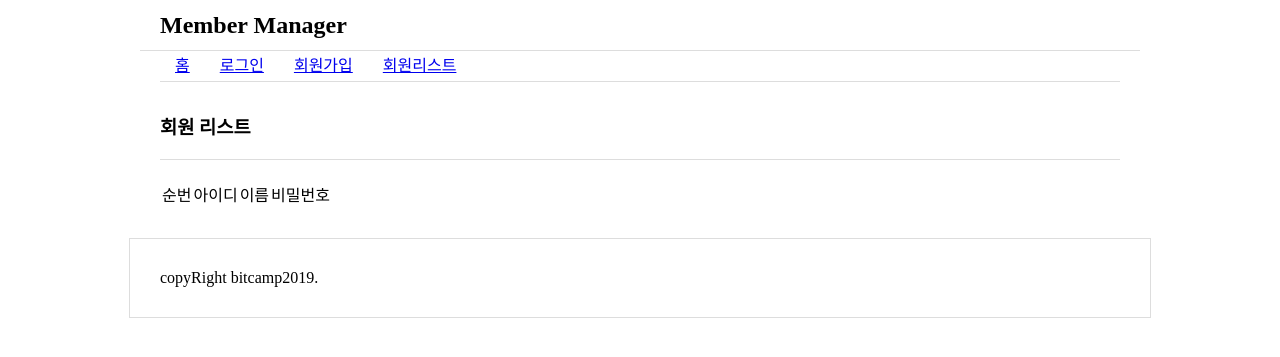
Repository: hhw9797/bitcampjn201904
Page: http://localhost/MemberManager/member/memberlist.jsp
An editor plug-in stored every save of this project. The page is shown before and after the next save, followed by the edit.
The browser window is 1280 px wide. The pictures show the whole page.
The page is served by Tomcat 9. Other server files are loaded and not shown.

Above is the page before, as saved 2019-06-26 07:57:09.

### html/html5/jsp/MemberManager/WebContent/member/memberlist.jsp
<%@page import="java.util.Enumeration"%>
<%@ page language="java" contentType="text/html; charset=UTF-8"
    pageEncoding="UTF-8"%>
    <%
    Enumeration<String> e = application.getAttributeNames();
    %>
<!DOCTYPE html>
<html>
<head>
<meta charset="UTF-8">
<title>Insert title here</title>
<script src="https://code.jquery.com/jquery-1.12.4.js"></script>
<link href="/mm/css/default.css" rel="stylesheet" type="text/css">
<style>

</style>
</head>
<body>

<!-- 헤더 시작 -->
<%@ include file="../frame/header.jsp" %>
<!-- 헤더 끝 -->


<!-- 네비게이션 시작 -->
<%@ include file="../frame/nav.jsp" %>
<!-- 네비게이션 끝 -->


<!-- 컨텐츠 시작 -->
	<div id="contents">
		<h3>회원 리스트</h3>
		<hr>
		<table>
			<tr>
				<td>순번</td>
				<td>아이디</td>
				<td>이름</td>
				<td>비밀번호</td>
			</tr>
		</table>

	</div>
<!-- 컨텐츠 끝 -->


<!-- 푸터 시작 -->
<%@ include file="../frame/footer.jsp" %>
<!-- 푸터 끝 -->

</body>
</html>

### html/html5/jsp/MemberManager/WebContent/frame/header.jsp
<%@ page language="java" contentType="text/html; charset=UTF-8"
    pageEncoding="UTF-8"%>
<div id="header">
	<h2>Member Manager</h2>
</div>

### html/html5/jsp/MemberManager/WebContent/frame/nav.jsp
<%@ page language="java" contentType="text/html; charset=UTF-8"
    pageEncoding="UTF-8"%>
<div id="nav">
	<ul>
		<li><a href="<%= request.getContextPath() %>">홈</a></li>
		<li><a href="<%= request.getContextPath() %>/member/login.jsp">로그인</a></li>
		<li><a href="<%= request.getContextPath() %>/member/memberRegForm.jsp">회원가입</a></li>
		<li><a href="#">회원리스트</a></li>
	</ul>
</div>

### html/html5/jsp/MemberManager/WebContent/frame/footer.jsp
<%@ page language="java" contentType="text/html; charset=UTF-8"
    pageEncoding="UTF-8"%>
<div id="footer">
	copyRight bitcamp2019.
</div>

### html/html5/jsp/MemberManager/WebContent/css/default.css
@charset "UTF-8";

	* {
		margin : 0;
		padding : 0;
	}

	div {
		width : 960px;
		margin : 0 auto;
	}

	#header {
		height: 50px;
		padding : 0 20px;
		border-bottom : 1px solid #DDD;
	}

	#header>h2 {
		line-height: 50px;
	}

	#nav {
		height : 30px;
		border-bottom: 1px solid #DDD;
	}

	#nav>ul {
		overflow : hidden; /* 또는 contents 에서 clear both */
	}

	#nav>ul>li {
		list-style : none;
		float: left;
		padding: 0 15px;

		line-height: 30px;
	}

	#contents {
		padding : 30px;

	}

	hr {
		border: 0;
		border-bottom: 1px solid #DDD;
		margin: 20px 0;
	}

	#footer {
		border: 1px solid #DDD;
		padding: 30px;
	}

After the next save:
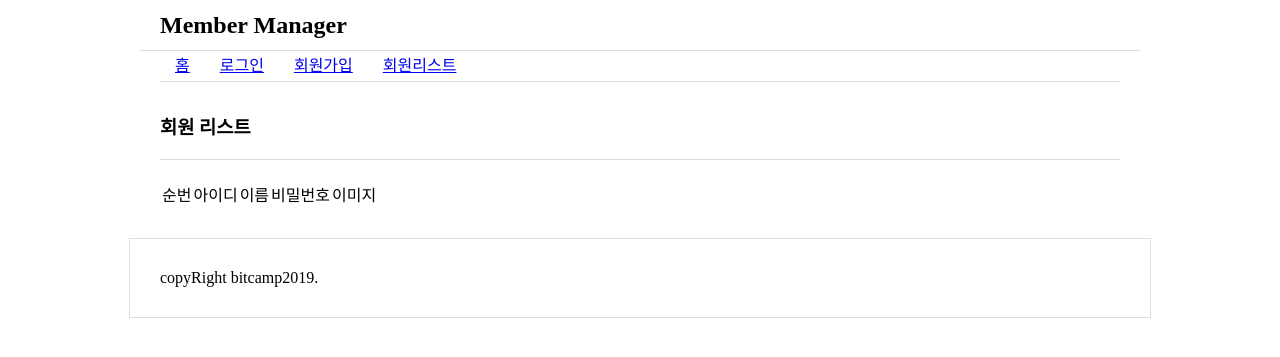
Saved 21 s later.
--- a/html/html5/jsp/MemberManager/WebContent/member/memberlist.jsp
+++ b/html/html5/jsp/MemberManager/WebContent/member/memberlist.jsp
@@ -37,6 +37,7 @@
 				<td>아이디</td>
 				<td>이름</td>
 				<td>비밀번호</td>
+				<td>이미지</td>
 			</tr>
 		</table>
 
